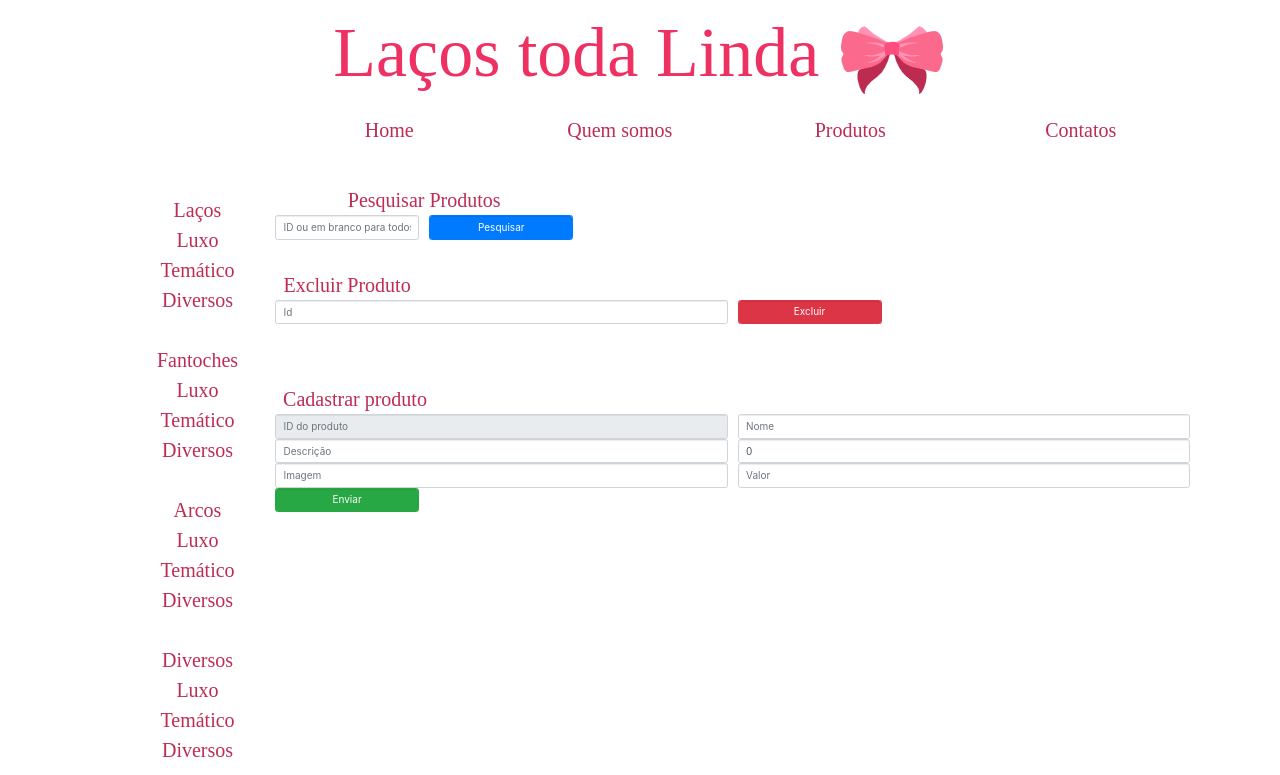
Repository: felipe-camilo/projin2
Page: http://localhost/projetointegrador/admin.jsp
The author's editor kept a copy of each file at every save. The page is drawn from the files as they stood at one save, then again after the next save.
The browser window is 1280 px wide. The pictures show the whole page.
Some web fonts or font styles are not loaded; a fallback is used. The page is served by Tomcat 9.

Above is the page before, as saved 2022-03-30 01:47:35.

After the next save:
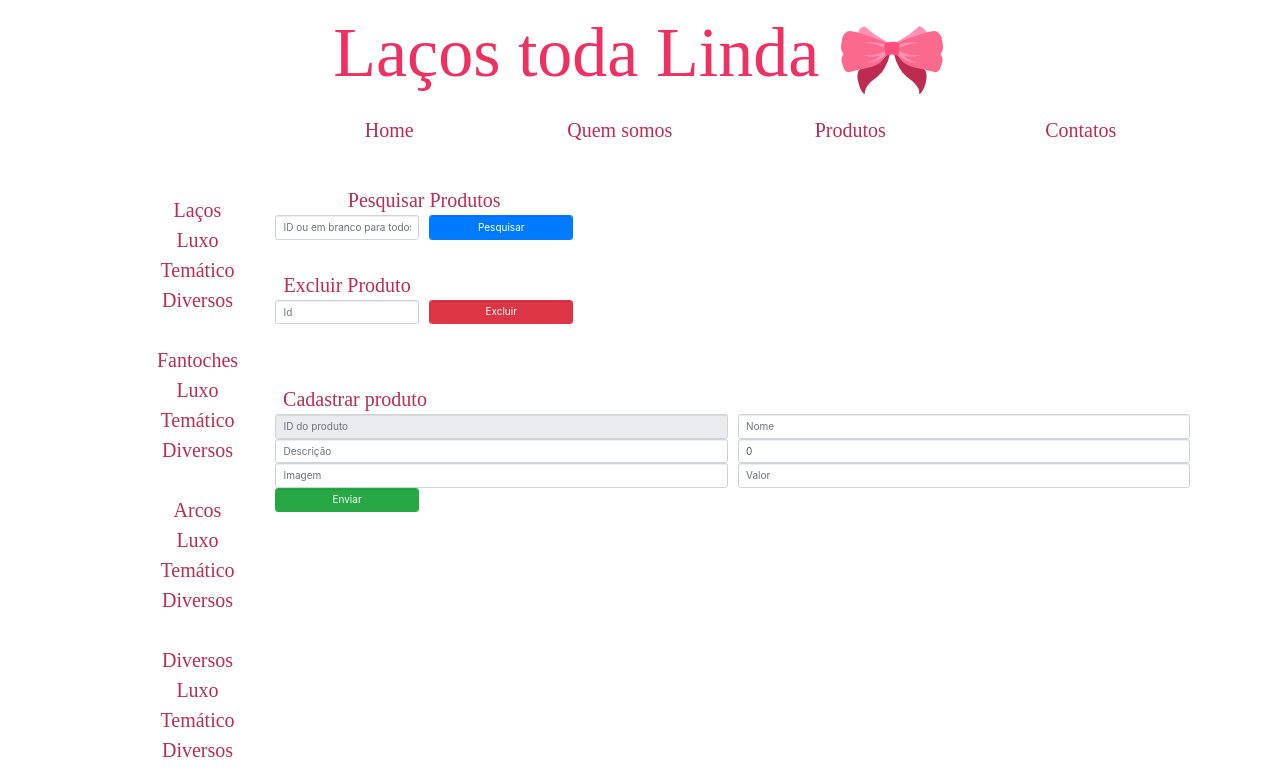
Saved 9 s later.
--- a/projetointegrador/src/main/webapp/admin.jsp
+++ b/projetointegrador/src/main/webapp/admin.jsp
@@ -171,7 +171,7 @@
 
 						</div>
 						<div class="form-row">
-							<div class="col-6">
+							<div class="col-2">
 								<input type="number" class="form-control entrada" placeholder="Id" name="pesquisa" placeholder="Entre com o ID:" required>
 							</div>
 							<div class="col-2">
